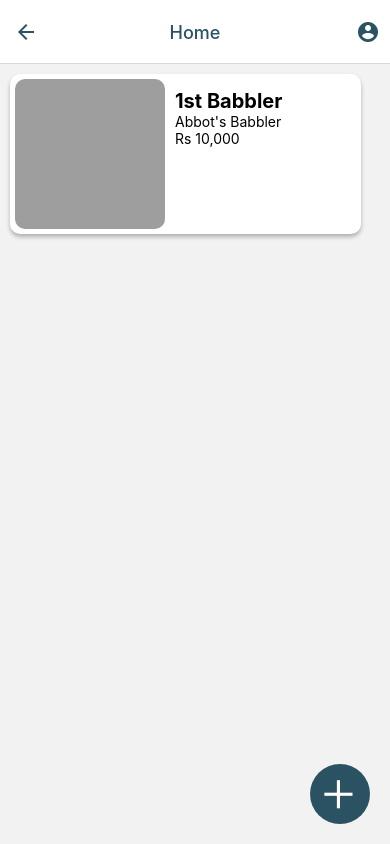
Repository: SaudCh/Expo-Pethub
Screen: /Home
The author's editor kept a copy of each file at every save. The screen is drawn from the files as they stood at one save, then again after the next save.
Pictures or frames that could not be fetched are drawn as grey boxes. The app was drawn by React Native's web renderer in a window 390 px wide. The project was rebuilt for these pictures with package versions that can differ from the ones it lists, and the page was loaded fresh each time. Also part of the build but not shown: Screens/Signup.js, Screens/Profile.js, Screens/UpdateProfile.js, Screens/ForgetPassword.js, Screens/Add.js.

Above is the screen before, as saved 2022-11-15 01:02:59.

After the next save:
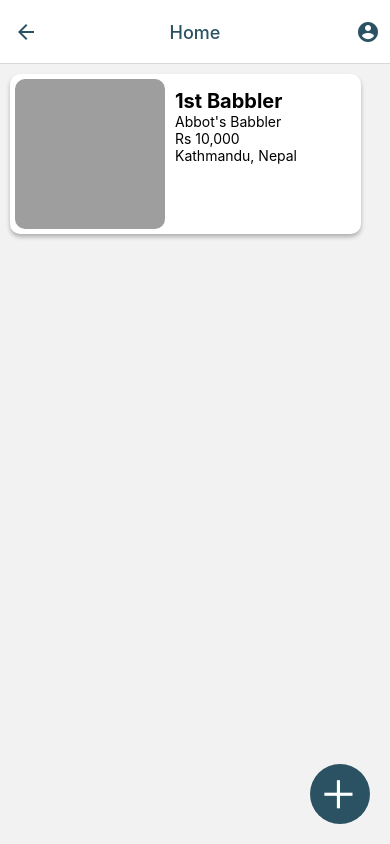
Saved 23 s later.
--- a/Screens/Card.js
+++ b/Screens/Card.js
@@ -15,6 +15,7 @@ export default function Card() {
                     <Text style={{ ...styles.heading }}>1st Babbler</Text>
                     <Text style={{ ...styles.text }}>Abbot's Babbler</Text>
                     <Text style={{ ...styles.text }}>Rs 10,000</Text>
+                    <Text style={{ ...styles.text }}>Kathmandu, Nepal</Text>
                 </View>
             </View>
 
